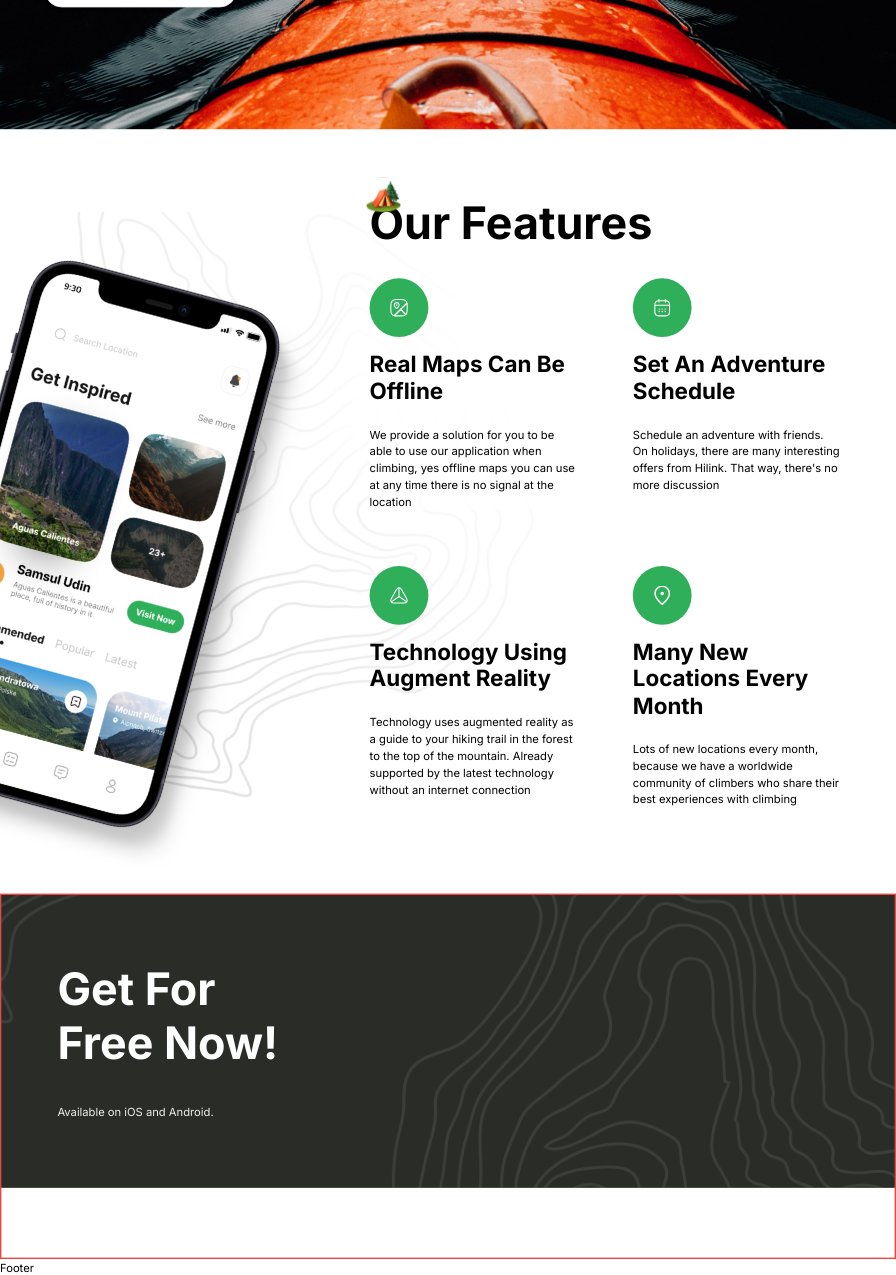
Repository: martin-raphael/travel_agency
Page: /
These files come from the project's save history. The page is drawn as it stood at one moment and after the next save; the edit follows.
The browser window is 1280 px wide. The pictures show the part of the page from y = 2432 to 4352 px (the page is 4254 px tall before and 4352 px after), at 70% of full size.
The project was rebuilt for these pictures with package versions that can differ from the ones it lists, and the page was loaded fresh each time. The framework's server and built-in components were replaced by stand-ins that run in the browser. Also part of the build but not shown: next.config.mjs.

Above is the page before, as saved 2024-08-09 02:21:31.

### app/layout.tsx
import type { Metadata } from "next";
import Navbar from "@/components/Navbar";
import Footer from "@/components/Footer";
import "./globals.css";

export const metadata: Metadata = {
  title: "Travel App",
  description: "Beauty of Nature",
};

export default function RootLayout({
  children,
}: Readonly<{
  children: React.ReactNode;
}>) {
  return (
    <html lang="en">
      <body>
        <Navbar />
        <main className="relative overflow-hidden">{children}</main>
        <Footer />
      </body>
    </html>
  );
}

### components/Navbar.tsx
import { NAV_LINKS } from "@/constants";
import Image from "next/image";
import Link from "next/link";
import React from "react";
import Button from "./Button";

const Navbar = () => {
  return (
    <nav className=" flexBetween max-container padding-container relative z-30 py-3">
      <Link href="/">
        <Image src="/hilink-logo.svg" alt="logo" width={74} height={29} />
      </Link>
      <ul className="hidden h-full gap-12 lg:flex">
        {NAV_LINKS.map((link) => (
          <Link
            href={link.href}
            key={link.key}
            className="regular-16 text-gray-50 flexCenter cursor-pointer pb-1.5 transition-all hover:font-bold"
          >
            {link.label}
          </Link>
        ))}
      </ul>

      <div className=" lg:flexCenter hidden">
        <Button
          type="button"
          title="Get Started"
          icon="/user.svg"
          variant="btn_dark_green"
        />
      </div>
      <Image
        src="menu.svg"
        alt="menu"
        width={32}
        height={32}
        className="inline-block cursor-pointer lg:hidden"
      />
    </nav>
  );
};

export default Navbar;

### components/Camp.tsx
import { PEOPLE_URL } from "@/constants";
import Image from "next/image";
import React from "react";
interface CampProps {
  backgroundImage: string;
  title: string;
  subtitle: string;
  peopleJoined: string;
}

const CampSite = ({
  backgroundImage,
  title,
  subtitle,
  peopleJoined,
}: CampProps) => {
  return (
    <div
      className={`h-full w-full min-w-[1100px] ${backgroundImage}
  bg-cover bg-no-repeat lg:rounded-r-5xl 2xl:rounded-5xl`}
    >
      <div className="flex h-full flex-col items-start justify-between p-6 lg:px-20 lg:py-10">
        <div className="flexCenter gap-4">
          <div className="rounded-full bg-green-50 p-4">
            <Image
            src="/folded-map.svg"
            alt="map"
            width={28}
            height={28} />
          </div>
          <div className="flex flex-col gap-1">
            <h4 className="bold-18 text-white"> {title}</h4>
            <p className="regular-14 text-white"> {subtitle}</p>
          </div>
        </div>

        <div className="flexCenter gap-6 ">
          <span className="flex -space-x-4 overflow-hidden">
            {PEOPLE_URL.map((url) => (
              <Image
              className="inline-block h-10 w-10 rounded-full"
              src={url}
              key={url}
              alt="people"
              width={52}
              height={52} />
            ))}
          </span>
          <p className="bold-16 md:bold-20 text-white"> {peopleJoined}</p>
        </div>
      </div>
    </div>
  );
};

const Camp = () => {
  return (
    <section
      className=" 2xl:max-container relative flex flex-col py-10 lg:mb-10 lg:py-20 xl:mb-20"
    >
      <div
        className="hide-scrollbar flex h-[340px] w-full items-start
      justify-start gap-8 overflow-x-auto lg:h-[400px] xl:h-[640px]"
      >
        <CampSite
          backgroundImage="bg-bg-img-1"
          title="Luxury Camp site"
          subtitle="Nyeri, Kenya"
          peopleJoined="300+ visited"
        />
        <CampSite
         backgroundImage="bg-bg-img-2"
         title="The Ranch Camp site"
         subtitle="Kirinyaga, Kenya"
         peopleJoined="800+ visited" />
      </div>
      <div className="flexEnd mt-10 px-6 lg:-mt-60 lg:mr-6">
          <div className="bg-green-50 p-8 lg:max-w-[500px] xl:max-w-[734px]
          xl:rounded-5xl xl:px-16 xl:py-20 relative w-full overflow-hidden rounded-3xl">
            <h2 className="regular-24 md:regular-32 2xl:regular-64 capitalize text-white">
              <strong>Feeling lost</strong> and you want to explore the Central Kenya?
            </h2>
            <p className="regular-14 xl:regular-16 mt-5 text-white">Starting from the anxiety of the climbers when visiting a new climbing location, the possibility of getting lost is very large.
               That&apos;s why we are here for those of you who want to start an adventure.</p>

               <Image src="/quote.svg" alt="Quote" width={186} height={219} className="camp-quote"/>

          </div>
      </div>
    </section>
  );
};

export default Camp;

### components/Features.tsx
import { FEATURES } from "@/constants";
import Image from "next/image";
import React from "react";

type FeatureItem={
  title:string,
  icon:string,
  description:string,
}

const FeatureItem = ({title, icon, description}:FeatureItem) =>{
  return(
    <li className="flex w-full flex-1 flex-col items-start">
     <div className="rounded-full p-4 lg:p-7 bg-green-50">
      <Image src={icon} alt="map" width={28} height={28}/>
     </div>
     <h2 className="bold-20 lg:bold-32 mt-5 capitalize">
      {title}
     </h2>
     <p className="regular-16 mt-5 bg-white/80 tex-gray-30 lg:mt-[30px] lg:bg-none">
      {description}
     </p>
    </li>
  )
};

const Features = () => {
  return (
    <section
      className="flex-col flexCenter overflow-hidden bg-feature-bg
    bg-center bg-no-repeat py-24"
    >
      <div className="max-container padding-container relative w-full justify-end flex">
        <div className="flex flex-1 lg:min-h-[900px]">
          <Image
          className="feature-phone"
          src="/phone.png"
          alt="phone"
          width={440}
          height={1000}/>
        </div>
        <div className="z-20 flex w-full flex-col lg:w-[60%]">
          <div className="relative">
            <Image
            src="/camp.svg"
            alt="camp"
            width={50}
            height={50}
            className="absolute left-[-5px] top-[-28px] lg:w-[50px]"/>
          </div>
          <h2 className="bold-40 lg:bold-64">Our Features</h2>
          <ul className=" mt-10 grid gap-10 md:grid-cols-2 lg:mg-20 lg:gap-20">
          {FEATURES.map((feature)=>(
            <FeatureItem
            key={feature.title}
            title={feature.title}
            icon={feature.icon}
            description={feature.description}/>
          ))}
        </ul>
        </div>

      </div>
    </section>
  );
};



export default Features;

### components/GetApp.tsx
import React from 'react'

const GetApp = () => {
  return (
    <section className='border-2 border-red-500 flexCenter flex-col pb-[100px] w-full'>
      <div className='get-app'>
        <div className='z-20 flex w-full flex-1 flex-col justify-center items-start gap-12'>
          <h2 className='bold-40 lg:bold-64 xl:max-w-[320px] capitalize'> get for free now!</h2>
          <p className='regular-16 text-gray-10'>Available on iOS and Android.</p>

        </div>

      </div>

    </section>
  )
}

export default GetApp

### components/Guide.tsx
import Image from "next/image";
import React from "react";

const Guide = () => {
  return (
    <section className="flexCenter flex-col">
      <div className=" padding-container max-container w-full pb-24">
        <Image src="/camp.svg" alt="camp" width={50} height={50} />
        <p className="uppercase regular-18 -mt-1 mb-3 text-green-50">
          We are here for you...
        </p>
        <div className="flex flex-wrap justify-between gap-5 lg:gap-10">
          <h2 className="bold-40 lg:bold-60 xl:mx-w-[390px]">
            Guide you to Easy Path
          </h2>
          <p className="regular-16 text-gray-50 xl:max-w-[520px]">
            Only with the hilink application you will no longer get lost again,
            because we already support offline maps when there is no internet
            connection in the field. Invite your friends, relatives and friends
            to have fun in the wilderness through the valley and reach the top
            of the mountain
          </p>
        </div>
      </div>
      <div className="flexCenter max-container relative w-full ">
        <Image
          className="w-full object-cover object-center 2xl:rounded-5xl"
          src="/boat.png"
          alt="boat"
          width={1440}
          height={580}
        />

        <div className="absolute flex bg-white py-8 pl-5 pr-7 gap-3 rounded-3xl border
        shadow-md md:left-[5%] lg:top-20">
          <Image
          className="h-full w-auto"
          src="/meter.svg"
          alt="meter"
          width={16}
          height={158}/>
          <div className="flexBetween flex-col">
              <div className="flex w-full flex-col">
                <div className="flexBetween w-full">
                  <p className="regular-16 text-gray-20">Destination </p>
                  <p className="bold-16 text-green-50"> 1hr 30mins</p>
                </div>
                <p className="bold-20 mt-2">Nyeri, Kenya</p>
              </div>
              <div className="flex w-full flex-col">
                  <p className="regular-16 text-gray-20">Start track </p>
                  <h4 className="bold-20 mt-2 whitespace-nowrap"> Nairobi City, Kenya</h4>
              </div>
          </div>

        </div>
      </div>
    </section>
  );
};

export default Guide;

### components/Hero.tsx
import Image from "next/image";
import React from "react";
import Button from "./Button";

const Hero = () => {
  return (
    <section
      className=" max-container padding-container flex
    flex-col gap-20 lg:py-20 py-10 pb-32 md:gap-28 xl:flex-row
    "
    >
      <div className="hero-map" />

      {/* LEFT SIDE-*/}

      <div className="relative z-20 flex flex-1 flex-col xl:w-1/2">
        <Image
          src="/camp.svg"
          alt="camp"
          width={50}
          height={50}
          className="absolute left-[-5px] top-[-30px] w-10 lg:w-[50px]"
        />
        <h1 className="bold-52 lg:bold-88"> Central Kenya Camp Site</h1>
        <p className="regular-16 mt-6 text-gray-30 xl:max-w-[520px]">
          We want to be on each of your journeys seeking the satisfaction of
          seeing the incorruptible beauty of nature. We can help you on an
          adventure around the world in just one app
        </p>

        <div className="my-11 flex flex-wrap gap-5">
          <div className="flex items-center gap-2">
            {Array(5)
              .fill(1)
              .map((_, index) => (
                <Image
                  src="/star.svg"
                  alt="Ratings"
                  key={index}
                  width={24}
                  height={24}
                />
              ))}
          </div>
          <p className="bold-16 lg:bold-20 text-blue-70">
            200K
            <span className="regular-16 lg:regular-20 ml-1 underline">
              Excellent Reviews
            </span>
          </p>
        </div>
        <div className="flex flex-col w-full gap-3 sm:flex-row">
          <Button type="button" title="Download App" variant="btn_green" />

          <Button
            type="button"
            title="How we work? "
            icon="/play.svg"
            variant="btn_white"
          />
        </div>
      </div>

      <div className="relative flex flex-1 items-start">
        <div className="relative z-20  w-[268px] flex flex-col gap-8 rounded-3xl bg-green-90 px-7 py-8">
          <div className="flex flex-col">
            <div className="flexBetween">
              <p className="regular-16 text-gray-20">Location</p>
              <Image src="/close.svg" alt="close" width={24} height={24} />
            </div>
            <p className="bold-20 text-white"> Nyeri Region</p>
          </div>
            <div className="flexBetween">
              <div className="flex flex-col">
                <p className="regular-16 block text-gray-20">Distance</p>
                <p className="bold-20 text-white"> 4,420 mi</p>
              </div>
              <div className="flex flex-col">
                <p className="regular-16 block text-gray-20">Elavation</p>
                <p className="bold-20 text-white"> 2.040 km</p>
              </div>
            </div>
          </div>
        </div>

    </section>
  );
};

export default Hero;

### components/Button.tsx
import Image from "next/image";

type ButtonProps = {
  type: "button" | "submit";
  title: string;
  icon?: string;
  variant?: string;
  full?:boolean;
};

const Button = ({ type, title, icon, variant, full }: ButtonProps) => {
  return (
    <button
      className={`flexCenter gap-4 rounded-full border ${variant} ${full && 'w-full'}`}
      type={type}
    >
      {icon && <Image src={icon} alt={title} width={24} height={24} />}
      <label className=" bold-16 whitespace-nowrap cursor-pointer">{title}</label>
    </button>
  );
};

export default Button;

Loaded but not shown: app/page.tsx (common file); components/Footer.tsx (common file); app/globals.css (common file); constants/index.ts (common file); tailwind.config.ts (common file)

After the next save:
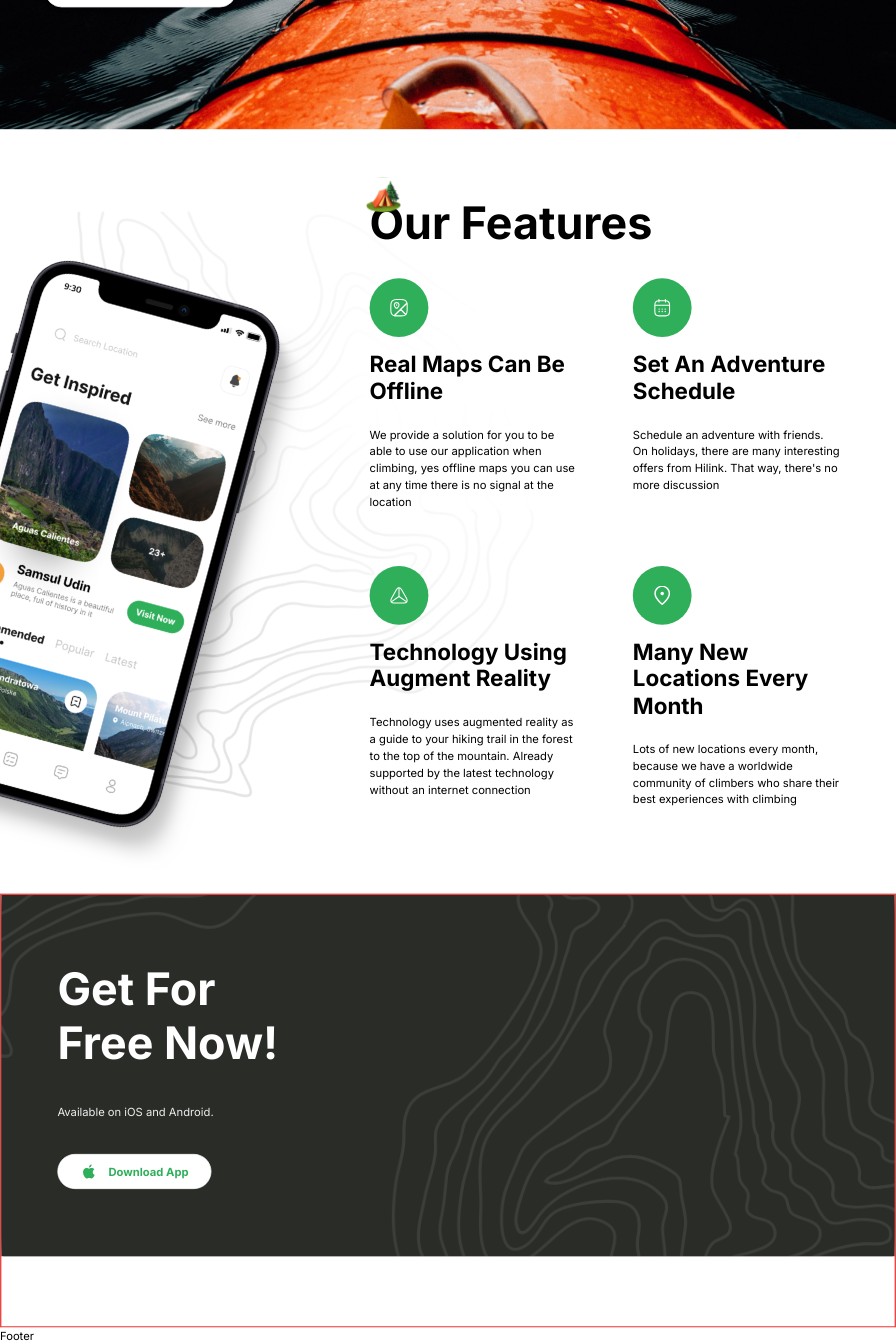
Saved 2 min 59 s later.
--- a/components/GetApp.tsx
+++ b/components/GetApp.tsx
@@ -1,4 +1,5 @@
 import React from 'react'
+import Button from './Button'
 
 const GetApp = () => {
   return (
@@ -7,6 +8,15 @@ const GetApp = () => {
         <div className='z-20 flex w-full flex-1 flex-col justify-center items-start gap-12'>
           <h2 className='bold-40 lg:bold-64 xl:max-w-[320px] capitalize'> get for free now!</h2>
           <p className='regular-16 text-gray-10'>Available on iOS and Android.</p>
+
+          <div>
+            <Button
+            type = "button"
+            title='Download App'
+            icon='/apple.svg'
+            variant='btn_white'
+            full/>
+          </div>
 
         </div>
 
